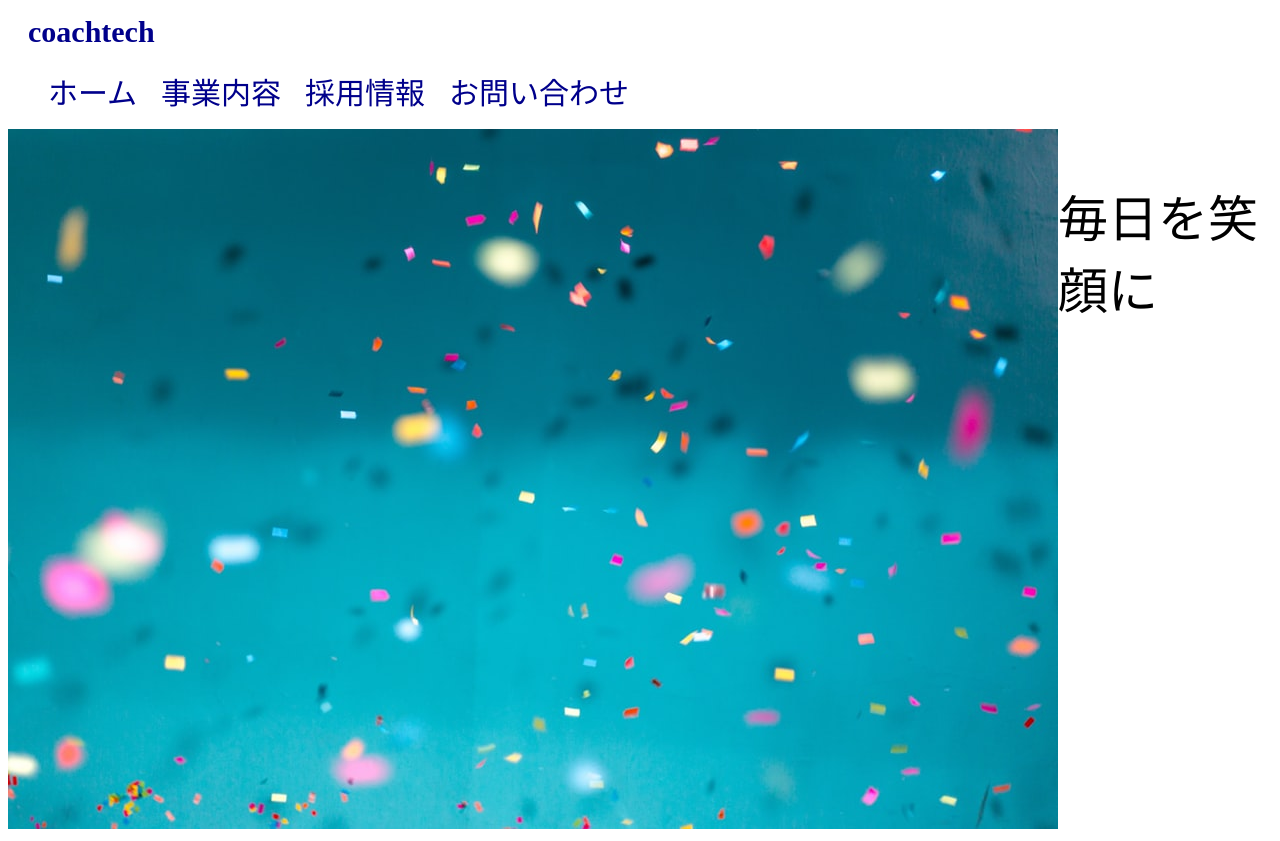
Repository: moro-ayu3/20230213_morohoshi
Page: index.html
These files come from the project's save history. The page is drawn as it stood at one moment and after a run of saves; the edit follows.
The browser window is 1280 px wide. The pictures show the whole page.

Above is the page before, as saved 2023-02-13 14:28:34.

### index.html
<!DOCTYPE html>
<html lang="ja">

  <head>
    <meta charset="UTF-8" />
    <meta name="viewport" content="width=device-width, initial-scale=1.0" />
    <title>css演習問題</title>
    <link rel="stylesheet" href="./style.css">
  </head>

  <body>
   <header>
    <h1>coachtech</h1>
    <ul>
    <li>ホーム</li>
    <li>事業内容</li>
    <li>採用情報</li>
    <li>お問い合わせ</li>
   </ul>
   </header>
   <main>
    <div class="flex">
     <p>毎日を笑顔に</p>
     <div class="relative img">
      <img src="img/firstview.jpeg" alt="firstview">
     </div>
     <div class="absolute blue-box"></div>
    </div>
   </main>
  </body>

</html>

### style.css
h1 {
  color: #00008b;
  font-size: 30px;
  margin-top: 15px;
  margin-left: 20px;
}

li {
  color: #00008b;
  font-size: 30px;
  margin-top: 15px;
  margin-right: 20px;
  text-align: right;
  display: inline;
}

.flex {
  display: flex;
  flex-direction: row-reverse;
}

p {
  color: black;
  font-size: 50px;

.relative {
  position: relative;
  bottom: 80px;
  left: 500px;
}
.img {
  width: 100%;
  position: right;
}
.relative {
  position: relative;
  bottom: 15px;
  right: 150px;
}
.blue-box {
  width: 1000px;
  height: 150px;
  background-color: #00008b;
}

After the next 2 saves:
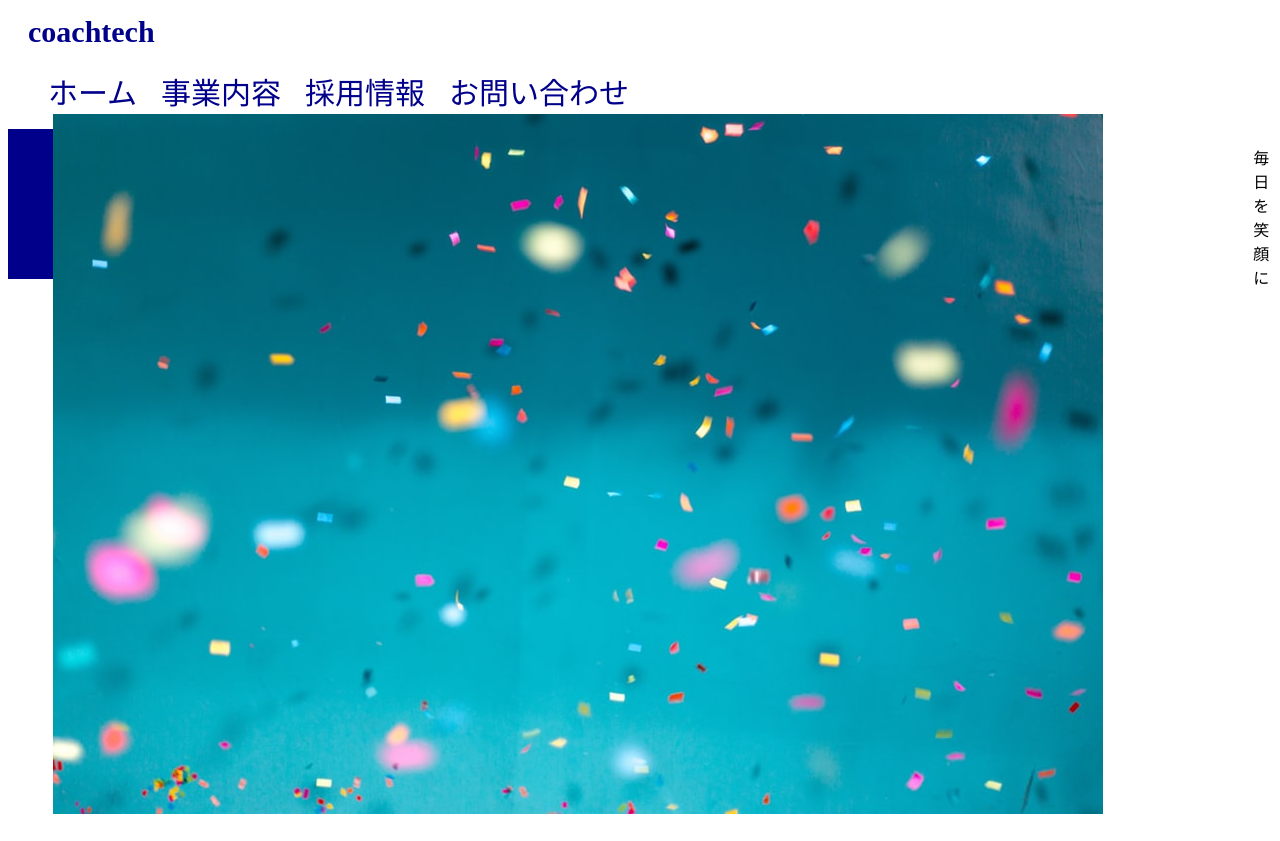
The 2 saves are shown as one change because they came seconds apart.
The last was saved 5 s later.
--- a/style.css
+++ b/style.css
@@ -19,7 +19,7 @@
   flex-direction: row-reverse;
 }
 
-p {
+p {}
   color: black;
   font-size: 50px;
 

After the save that followed:
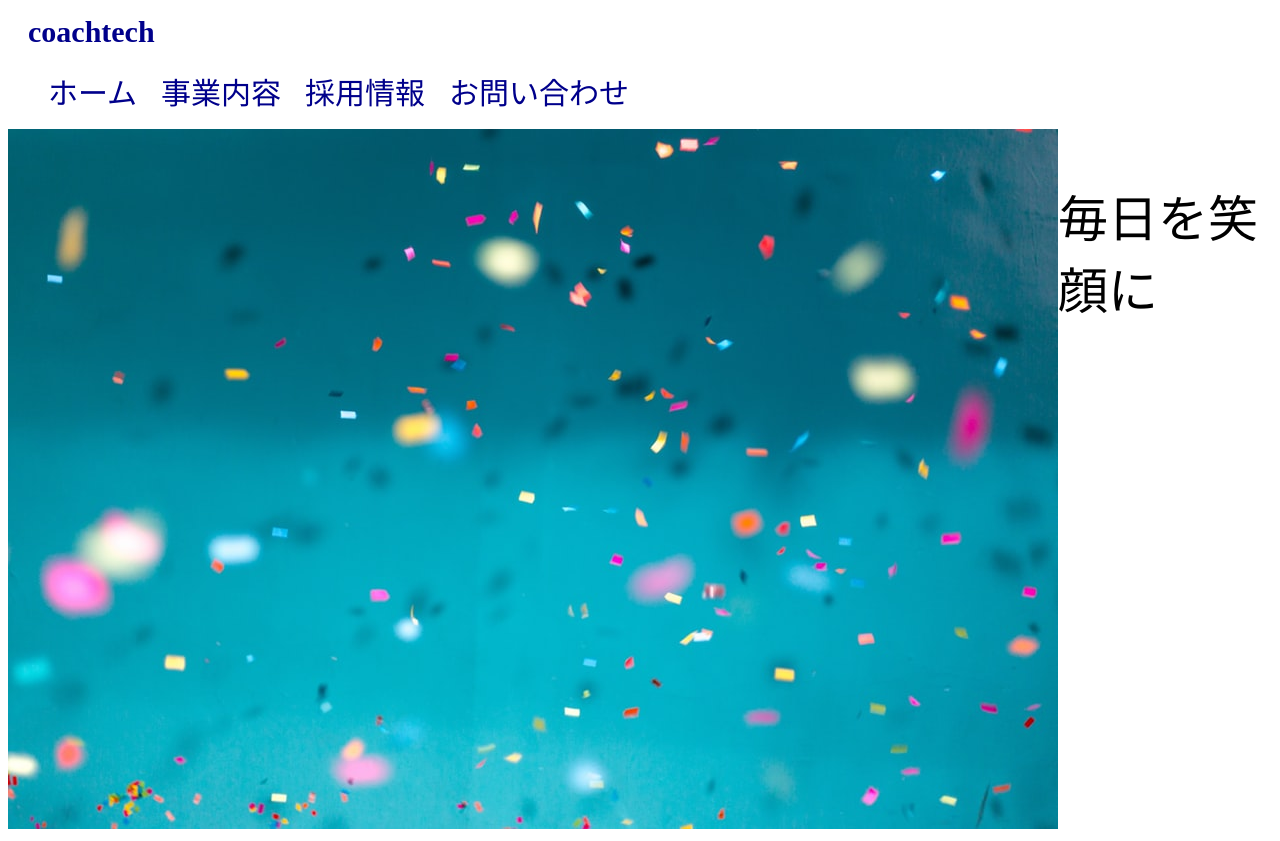
Saved 7 s later.
--- a/style.css
+++ b/style.css
@@ -19,7 +19,7 @@
   flex-direction: row-reverse;
 }
 
-p {}
+p {
   color: black;
   font-size: 50px;
 
